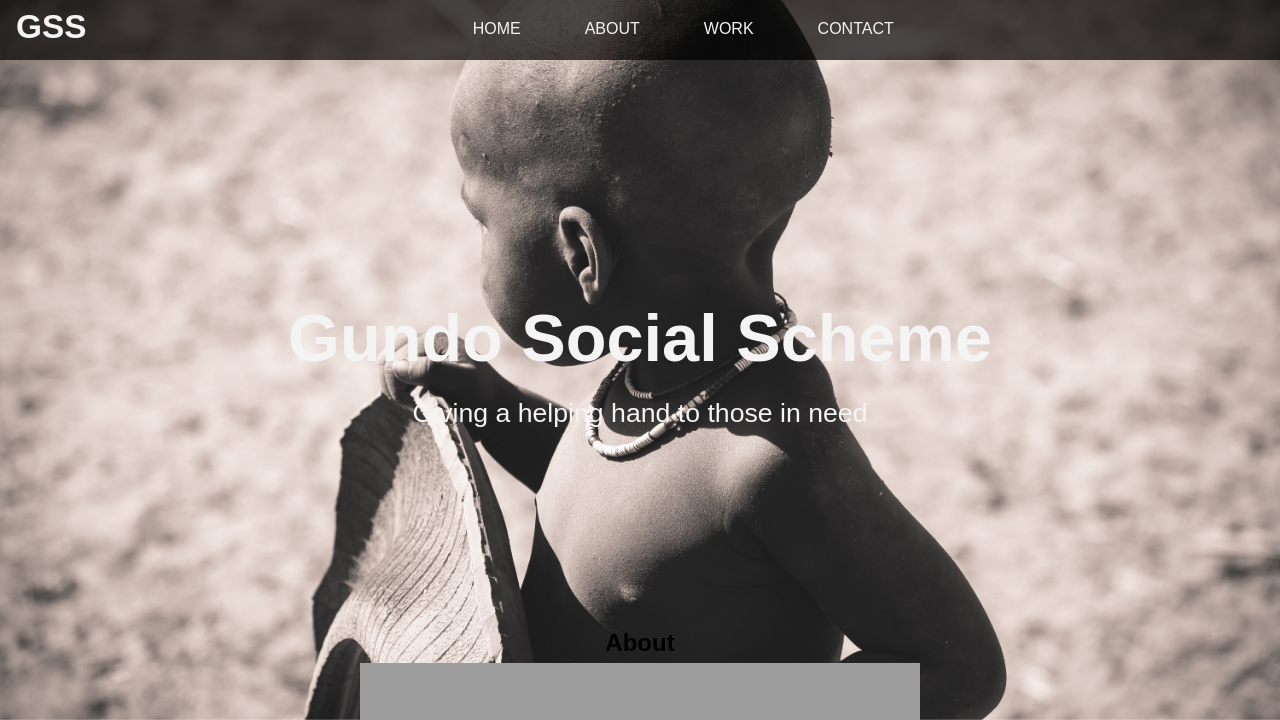
Repository: blessingNtoko/gss-basic_website
Page: index.html
An editor plug-in stored every save of this project. The page is shown before and after the next save, followed by the edit.
The browser window is 1280 px wide. The pictures show the whole page.
Pictures or frames that could not be fetched are drawn as grey boxes. An inner scrolling area shows only its first screen.

Above is the page before, as saved 2020-05-13 00:21:43.

After the next save:
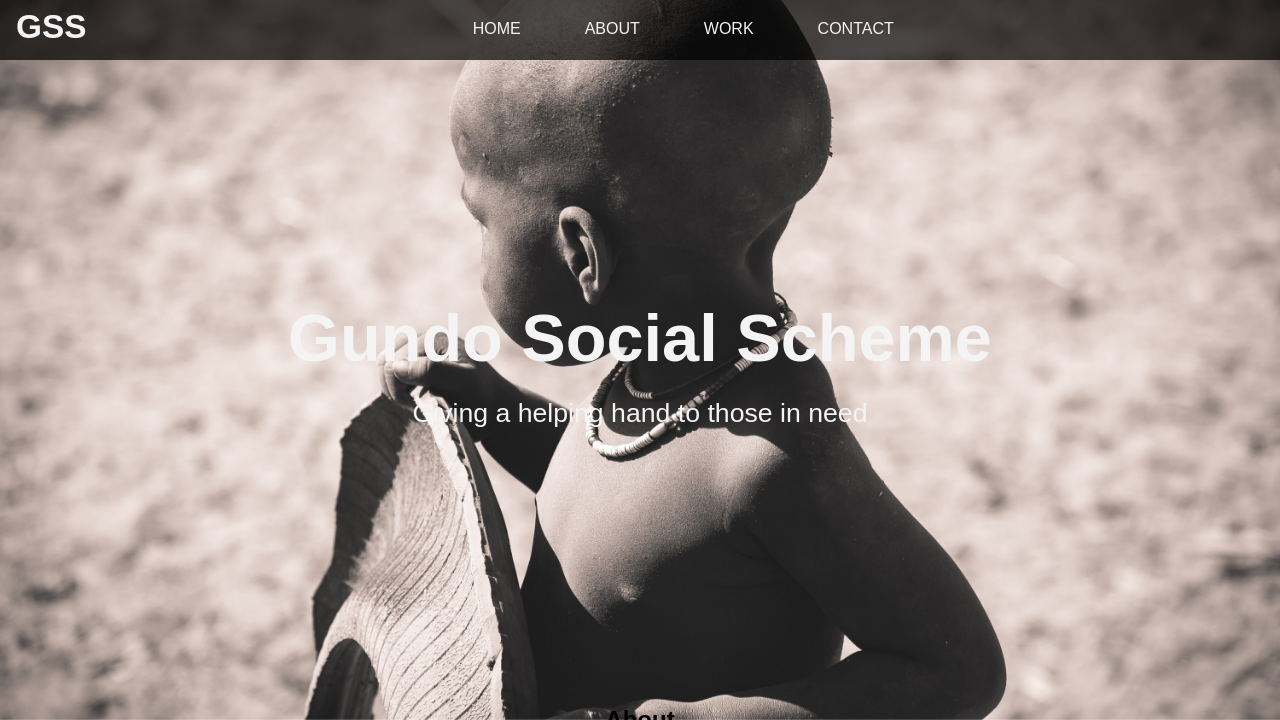
Saved 3 min 35 s later.
--- a/style.css
+++ b/style.css
@@ -123,3 +123,9 @@ section {
     background-image: url(assets/images/tempy6.jpg);
     min-height: 400px;
 }
+
+#about .row {
+    display: flex;
+    flex-direction: row;
+    justify-content: center;
+}
